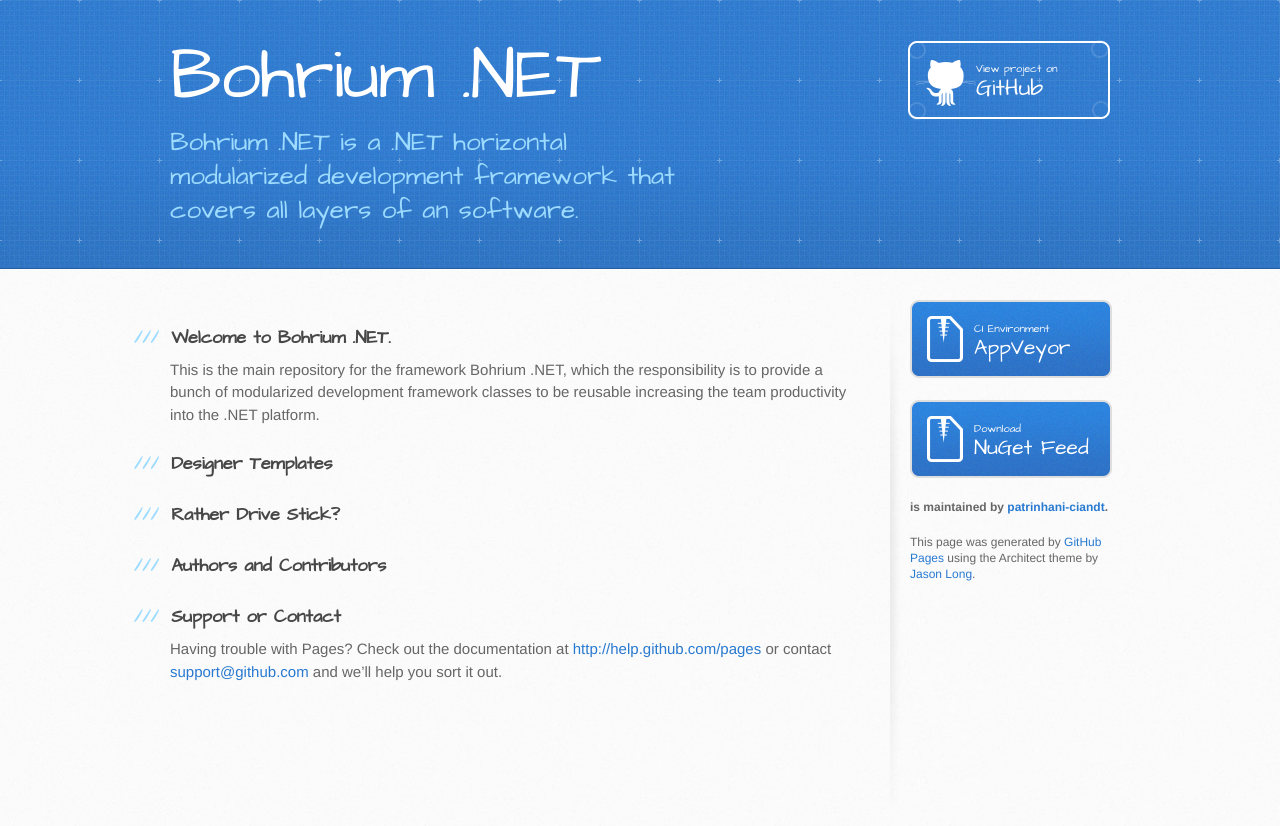
Repository: patrinhani-ciandt/BohriumNET
Page: index.html
The author's editor kept a record of every edit. The page is drawn from the files as they stood at one moment, then again after the next edit.
The browser window is 1280 px wide. The pictures show the whole page.

Above is the page before.

### index.html
<!DOCTYPE html>
<html>
  <head>
    <meta charset='utf-8'>
    <meta http-equiv="X-UA-Compatible" content="chrome=1">
    <meta name="viewport" content="width=device-width, initial-scale=1, maximum-scale=1">
    <link href='https://fonts.googleapis.com/css?family=Architects+Daughter' rel='stylesheet' type='text/css'>
    <link rel="stylesheet" type="text/css" href="stylesheets/stylesheet.css" media="screen">
    <link rel="stylesheet" type="text/css" href="stylesheets/pygment_trac.css" media="screen">
    <link rel="stylesheet" type="text/css" href="stylesheets/print.css" media="print">

    <!--[if lt IE 9]>
    <script src="//html5shiv.googlecode.com/svn/trunk/html5.js"></script>
    <![endif]-->

    <title>Bohrium .NET by patrinhani-ciandt</title>
  </head>

  <body>
    <header>
      <div class="inner">
        <h1>Bohrium .NET</h1>
        <h2>Bohrium .NET is a .NET horizontal modularized development framework that covers all layers of an software.</h2>
        <a href="https://github.com/patrinhani-ciandt/BohriumNET" class="button"><small>View project on</small>GitHub</a>
      </div>
    </header>

    <div id="content-wrapper">
      <div class="inner clearfix">
        <section id="main-content">
          <h3>
<a name="welcome-to-bohrium-net" class="anchor" href="#welcome-to-bohrium-net"><span class="octicon octicon-link"></span></a>Welcome to Bohrium .NET.</h3>

<p>This is the main repository for the framework Bohrium .NET, which the responsibility is to provide a bunch of modularized development framework classes to be reusable increasing the team productivity into the .NET platform.</p>

<!--<pre><code>$ cd your_repo_root/repo_name-->
<!--$ git fetch origin-->
<!--$ git checkout gh-pages-->
<!--</code></pre>-->

<!--<p>If you're using the GitHub for Mac, simply sync your repository and you'll see the new branch.</p>-->

<h3>
<a name="designer-templates" class="anchor" href="#designer-templates"><span class="octicon octicon-link"></span></a>Designer Templates</h3>

<!--<p>We've crafted some handsome templates for you to use. Go ahead and continue to layouts to browse through them. You can easily go back to edit your page before publishing. After publishing your page, you can revisit the page generator and switch to another theme. Your Page content will be preserved if it remained markdown format.</p>-->

<h3>
<a name="rather-drive-stick" class="anchor" href="#rather-drive-stick"><span class="octicon octicon-link"></span></a>Rather Drive Stick?</h3>

<!--<p>If you prefer to not use the automatic generator, push a branch named <code>gh-pages</code> to your repository to create a page manually. In addition to supporting regular HTML content, GitHub Pages support Jekyll, a simple, blog aware static site generator written by our own Tom Preston-Werner. Jekyll makes it easy to create site-wide headers and footers without having to copy them across every page. It also offers intelligent blog support and other advanced templating features.</p>-->

<h3>
<a name="authors-and-contributors" class="anchor" href="#authors-and-contributors"><span class="octicon octicon-link"></span></a>Authors and Contributors</h3>

<!--<p>You can <a href="https://github.com/blog/821" class="user-mention">@mention</a> a GitHub username to generate a link to their profile. The resulting <code>&lt;a&gt;</code> element will link to the contributor's GitHub Profile. For example: In 2007, Chris Wanstrath (<a href="https://github.com/defunkt" class="user-mention">@defunkt</a>), PJ Hyett (<a href="https://github.com/pjhyett" class="user-mention">@pjhyett</a>), and Tom Preston-Werner (<a href="https://github.com/mojombo" class="user-mention">@mojombo</a>) founded GitHub.</p>-->

<h3>
<a name="support-or-contact" class="anchor" href="#support-or-contact"><span class="octicon octicon-link"></span></a>Support or Contact</h3>

<p>Having trouble with Pages? Check out the documentation at <a href="http://help.github.com/pages">http://help.github.com/pages</a> or contact <a href="mailto:support@github.com">support@github.com</a> and we’ll help you sort it out.</p>
        </section>

        <aside id="sidebar">
          <a href="https://ci.appveyor.com/project/patrinhani-ciandt/bohriumnet" class="button">
            <small>CI Environment</small>
            AppVeyor
          </a>
          <a href="http://tiny.cc/424ujx" class="button">
            <small>Download</small>
            NuGet Feed
          </a>
          <!--<a href="https://github.com/patrinhani-ciandt/BohriumNET/zipball/master" class="button">-->
          <!--  <small>Download</small>-->
          <!--  .zip file-->
          <!--</a>-->
          <!--<a href="https://github.com/patrinhani-ciandt/BohriumNET/tarball/master" class="button">-->
          <!--  <small>Download</small>-->
          <!--  .tar.gz file-->
          <!--</a>-->

          <p class="repo-owner"><a href="https://github.com/patrinhani-ciandt/BohriumNET"></a> is maintained by <a href="https://github.com/patrinhani-ciandt">patrinhani-ciandt</a>.</p>

          <p>This page was generated by <a href="https://pages.github.com">GitHub Pages</a> using the Architect theme by <a href="https://twitter.com/jasonlong">Jason Long</a>.</p>
        </aside>
      </div>
    </div>


  </body>
</html>

### stylesheets/pygment_trac.css
.highlight  { background: #ffffff; }
.highlight .c { color: #999988; font-style: italic } /* Comment */
.highlight .err { color: #a61717; background-color: #e3d2d2 } /* Error */
.highlight .k { font-weight: bold } /* Keyword */
.highlight .o { font-weight: bold } /* Operator */
.highlight .cm { color: #999988; font-style: italic } /* Comment.Multiline */
.highlight .cp { color: #999999; font-weight: bold } /* Comment.Preproc */
.highlight .c1 { color: #999988; font-style: italic } /* Comment.Single */
.highlight .cs { color: #999999; font-weight: bold; font-style: italic } /* Comment.Special */
.highlight .gd { color: #000000; background-color: #ffdddd } /* Generic.Deleted */
.highlight .gd .x { color: #000000; background-color: #ffaaaa } /* Generic.Deleted.Specific */
.highlight .ge { font-style: italic } /* Generic.Emph */
.highlight .gr { color: #aa0000 } /* Generic.Error */
.highlight .gh { color: #999999 } /* Generic.Heading */
.highlight .gi { color: #000000; background-color: #ddffdd } /* Generic.Inserted */
.highlight .gi .x { color: #000000; background-color: #aaffaa } /* Generic.Inserted.Specific */
.highlight .go { color: #888888 } /* Generic.Output */
.highlight .gp { color: #555555 } /* Generic.Prompt */
.highlight .gs { font-weight: bold } /* Generic.Strong */
.highlight .gu { color: #800080; font-weight: bold; } /* Generic.Subheading */
.highlight .gt { color: #aa0000 } /* Generic.Traceback */
.highlight .kc { font-weight: bold } /* Keyword.Constant */
.highlight .kd { font-weight: bold } /* Keyword.Declaration */
.highlight .kn { font-weight: bold } /* Keyword.Namespace */
.highlight .kp { font-weight: bold } /* Keyword.Pseudo */
.highlight .kr { font-weight: bold } /* Keyword.Reserved */
.highlight .kt { color: #445588; font-weight: bold } /* Keyword.Type */
.highlight .m { color: #009999 } /* Literal.Number */
.highlight .s { color: #d14 } /* Literal.String */
.highlight .na { color: #008080 } /* Name.Attribute */
.highlight .nb { color: #0086B3 } /* Name.Builtin */
.highlight .nc { color: #445588; font-weight: bold } /* Name.Class */
.highlight .no { color: #008080 } /* Name.Constant */
.highlight .ni { color: #800080 } /* Name.Entity */
.highlight .ne { color: #990000; font-weight: bold } /* Name.Exception */
.highlight .nf { color: #990000; font-weight: bold } /* Name.Function */
.highlight .nn { color: #555555 } /* Name.Namespace */
.highlight .nt { color: #000080 } /* Name.Tag */
.highlight .nv { color: #008080 } /* Name.Variable */
.highlight .ow { font-weight: bold } /* Operator.Word */
.highlight .w { color: #bbbbbb } /* Text.Whitespace */
.highlight .mf { color: #009999 } /* Literal.Number.Float */
.highlight .mh { color: #009999 } /* Literal.Number.Hex */
.highlight .mi { color: #009999 } /* Literal.Number.Integer */
.highlight .mo { color: #009999 } /* Literal.Number.Oct */
.highlight .sb { color: #d14 } /* Literal.String.Backtick */
.highlight .sc { color: #d14 } /* Literal.String.Char */
.highlight .sd { color: #d14 } /* Literal.String.Doc */
.highlight .s2 { color: #d14 } /* Literal.String.Double */
.highlight .se { color: #d14 } /* Literal.String.Escape */
.highlight .sh { color: #d14 } /* Literal.String.Heredoc */
.highlight .si { color: #d14 } /* Literal.String.Interpol */
.highlight .sx { color: #d14 } /* Literal.String.Other */
.highlight .sr { color: #009926 } /* Literal.String.Regex */
.highlight .s1 { color: #d14 } /* Literal.String.Single */
.highlight .ss { color: #990073 } /* Literal.String.Symbol */
.highlight .bp { color: #999999 } /* Name.Builtin.Pseudo */
.highlight .vc { color: #008080 } /* Name.Variable.Class */
.highlight .vg { color: #008080 } /* Name.Variable.Global */
.highlight .vi { color: #008080 } /* Name.Variable.Instance */
.highlight .il { color: #009999 } /* Literal.Number.Integer.Long */

.type-csharp .highlight .k { color: #0000FF }
.type-csharp .highlight .kt { color: #0000FF }
.type-csharp .highlight .nf { color: #000000; font-weight: normal }
.type-csharp .highlight .nc { color: #2B91AF }
.type-csharp .highlight .nn { color: #000000 }
.type-csharp .highlight .s { color: #A31515 }
.type-csharp .highlight .sc { color: #A31515 }

### stylesheets/print.css
html, body, div, span, applet, object, iframe,
h1, h2, h3, h4, h5, h6, p, blockquote, pre,
a, abbr, acronym, address, big, cite, code,
del, dfn, em, img, ins, kbd, q, s, samp,
small, strike, strong, sub, sup, tt, var,
b, u, i, center,
dl, dt, dd, ol, ul, li,
fieldset, form, label, legend,
table, caption, tbody, tfoot, thead, tr, th, td,
article, aside, canvas, details, embed,
figure, figcaption, footer, header, hgroup,
menu, nav, output, ruby, section, summary,
time, mark, audio, video {
  margin: 0;
  padding: 0;
  border: 0;
  font-size: 100%;
  font: inherit;
  vertical-align: baseline;
}
/* HTML5 display-role reset for older browsers */
article, aside, details, figcaption, figure,
footer, header, hgroup, menu, nav, section {
  display: block;
}
body {
  line-height: 1;
}
ol, ul {
  list-style: none;
}
blockquote, q {
  quotes: none;
}
blockquote:before, blockquote:after,
q:before, q:after {
  content: '';
  content: none;
}
table {
  border-collapse: collapse;
  border-spacing: 0;
}
body {
  font-size: 13px;
  line-height: 1.5;
  font-family: 'Helvetica Neue', Helvetica, Arial, serif;
  color: #000;
}

a {
  color: #d5000d;
  font-weight: bold;
}

header {
  padding-top: 35px;
  padding-bottom: 10px;
}

header h1 {
  font-weight: bold;
  letter-spacing: -1px;
  font-size: 48px;
  color: #303030;
  line-height: 1.2;
}

header h2 {
  letter-spacing: -1px;
  font-size: 24px;
  color: #aaa;
  font-weight: normal;
  line-height: 1.3;
}
#downloads {
  display: none;
}
#main_content {
  padding-top: 20px;
}

code, pre {
  font-family: Monaco, "Bitstream Vera Sans Mono", "Lucida Console", Terminal;
  color: #222;
  margin-bottom: 30px;
  font-size: 12px;
}

code {
  padding: 0 3px;
}

pre {
  border: solid 1px #ddd;
  padding: 20px;
  overflow: auto;
}
pre code {
  padding: 0;
}

ul, ol, dl {
  margin-bottom: 20px;
}


/* COMMON STYLES */

table {
  width: 100%;
  border: 1px solid #ebebeb;
}

th {
  font-weight: 500;
}

td {
  border: 1px solid #ebebeb;
  text-align: center;
  font-weight: 300;
}

form {
  background: #f2f2f2;
  padding: 20px;

}


/* GENERAL ELEMENT TYPE STYLES */

h1 {
  font-size: 2.8em;
}

h2 {
  font-size: 22px;
  font-weight: bold;
  color: #303030;
  margin-bottom: 8px;
}

h3 {
  color: #d5000d;
  font-size: 18px;
  font-weight: bold;
  margin-bottom: 8px;
}

h4 {
  font-size: 16px;
  color: #303030;
  font-weight: bold;
}

h5 {
  font-size: 1em;
  color: #303030;
}

h6 {
  font-size: .8em;
  color: #303030;
}

p {
  font-weight: 300;
  margin-bottom: 20px;
}

a {
  text-decoration: none;
}

p a {
  font-weight: 400;
}

blockquote {
  font-size: 1.6em;
  border-left: 10px solid #e9e9e9;
  margin-bottom: 20px;
  padding: 0 0 0 30px;
}

ul li {
  list-style: disc inside;
  padding-left: 20px;
}

ol li {
  list-style: decimal inside;
  padding-left: 3px;
}

dl dd {
  font-style: italic;
  font-weight: 100;
}

footer {
  margin-top: 40px;
  padding-top: 20px;
  padding-bottom: 30px;
  font-size: 13px;
  color: #aaa;
}

footer a {
  color: #666;
}

/* MISC */
.clearfix:after {
  clear: both;
  content: '.';
  display: block;
  visibility: hidden;
  height: 0;
}

.clearfix {display: inline-block;}
* html .clearfix {height: 1%;}
.clearfix {display: block;}

Loaded but not shown: stylesheets/stylesheet.css (479 lines, source omitted)

After the next edit:
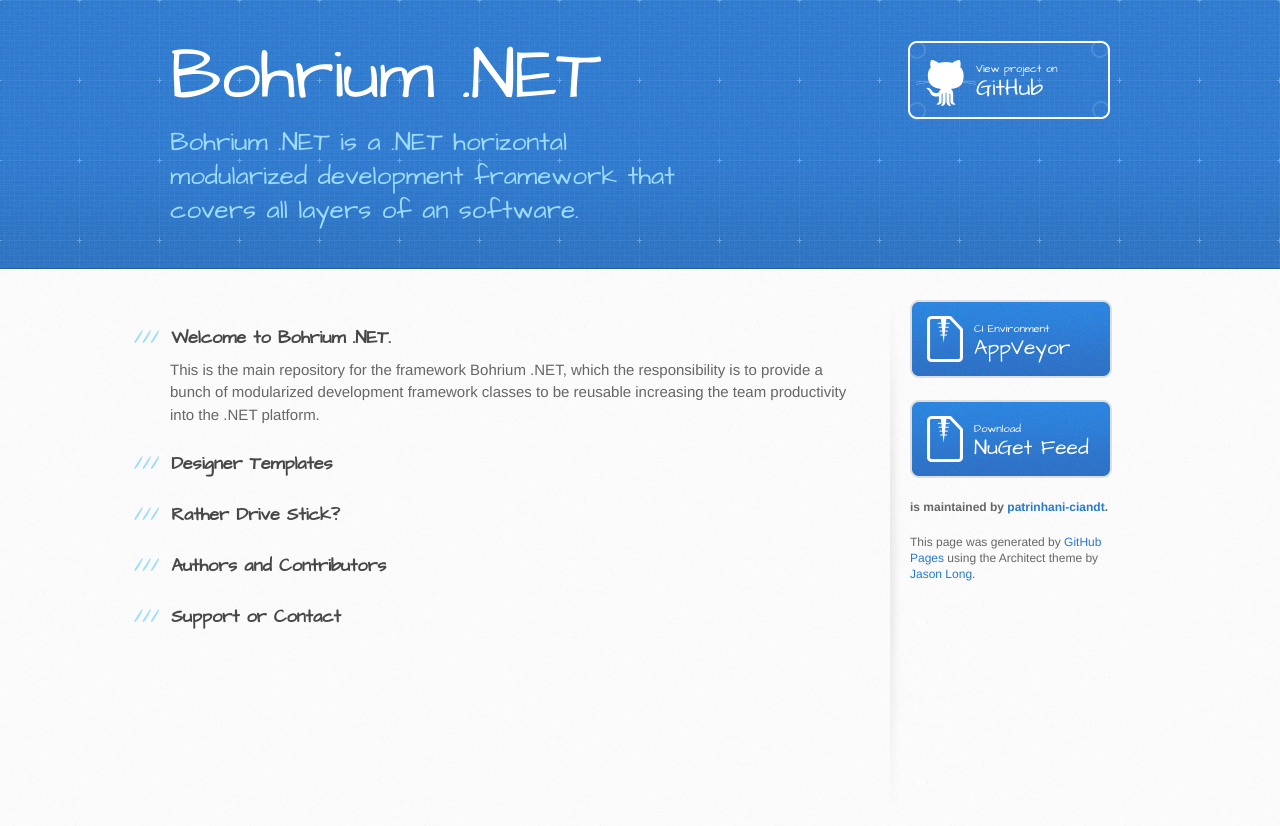
The edit:
--- a/index.html
+++ b/index.html
@@ -29,36 +29,36 @@
       <div class="inner clearfix">
         <section id="main-content">
           <h3>
-<a name="welcome-to-bohrium-net" class="anchor" href="#welcome-to-bohrium-net"><span class="octicon octicon-link"></span></a>Welcome to Bohrium .NET.</h3>
+          <a name="welcome-to-bohrium-net" class="anchor" href="#welcome-to-bohrium-net"><span class="octicon octicon-link"></span></a>Welcome to Bohrium .NET.</h3>
 
-<p>This is the main repository for the framework Bohrium .NET, which the responsibility is to provide a bunch of modularized development framework classes to be reusable increasing the team productivity into the .NET platform.</p>
+          <p>This is the main repository for the framework Bohrium .NET, which the responsibility is to provide a bunch of modularized development framework classes to be reusable increasing the team productivity into the .NET platform.</p>
 
-<!--<pre><code>$ cd your_repo_root/repo_name-->
-<!--$ git fetch origin-->
-<!--$ git checkout gh-pages-->
-<!--</code></pre>-->
+          <!--<pre><code>$ cd your_repo_root/repo_name-->
+          <!--$ git fetch origin-->
+          <!--$ git checkout gh-pages-->
+          <!--</code></pre>-->
 
-<!--<p>If you're using the GitHub for Mac, simply sync your repository and you'll see the new branch.</p>-->
+          <!--<p>If you're using the GitHub for Mac, simply sync your repository and you'll see the new branch.</p>-->
 
-<h3>
-<a name="designer-templates" class="anchor" href="#designer-templates"><span class="octicon octicon-link"></span></a>Designer Templates</h3>
+          <h3>
+          <a name="designer-templates" class="anchor" href="#designer-templates"><span class="octicon octicon-link"></span></a>Designer Templates</h3>
 
-<!--<p>We've crafted some handsome templates for you to use. Go ahead and continue to layouts to browse through them. You can easily go back to edit your page before publishing. After publishing your page, you can revisit the page generator and switch to another theme. Your Page content will be preserved if it remained markdown format.</p>-->
+          <!--<p>We've crafted some handsome templates for you to use. Go ahead and continue to layouts to browse through them. You can easily go back to edit your page before publishing. After publishing your page, you can revisit the page generator and switch to another theme. Your Page content will be preserved if it remained markdown format.</p>-->
 
-<h3>
-<a name="rather-drive-stick" class="anchor" href="#rather-drive-stick"><span class="octicon octicon-link"></span></a>Rather Drive Stick?</h3>
+          <h3>
+          <a name="rather-drive-stick" class="anchor" href="#rather-drive-stick"><span class="octicon octicon-link"></span></a>Rather Drive Stick?</h3>
 
-<!--<p>If you prefer to not use the automatic generator, push a branch named <code>gh-pages</code> to your repository to create a page manually. In addition to supporting regular HTML content, GitHub Pages support Jekyll, a simple, blog aware static site generator written by our own Tom Preston-Werner. Jekyll makes it easy to create site-wide headers and footers without having to copy them across every page. It also offers intelligent blog support and other advanced templating features.</p>-->
+          <!--<p>If you prefer to not use the automatic generator, push a branch named <code>gh-pages</code> to your repository to create a page manually. In addition to supporting regular HTML content, GitHub Pages support Jekyll, a simple, blog aware static site generator written by our own Tom Preston-Werner. Jekyll makes it easy to create site-wide headers and footers without having to copy them across every page. It also offers intelligent blog support and other advanced templating features.</p>-->
 
-<h3>
-<a name="authors-and-contributors" class="anchor" href="#authors-and-contributors"><span class="octicon octicon-link"></span></a>Authors and Contributors</h3>
+          <h3>
+          <a name="authors-and-contributors" class="anchor" href="#authors-and-contributors"><span class="octicon octicon-link"></span></a>Authors and Contributors</h3>
 
-<!--<p>You can <a href="https://github.com/blog/821" class="user-mention">@mention</a> a GitHub username to generate a link to their profile. The resulting <code>&lt;a&gt;</code> element will link to the contributor's GitHub Profile. For example: In 2007, Chris Wanstrath (<a href="https://github.com/defunkt" class="user-mention">@defunkt</a>), PJ Hyett (<a href="https://github.com/pjhyett" class="user-mention">@pjhyett</a>), and Tom Preston-Werner (<a href="https://github.com/mojombo" class="user-mention">@mojombo</a>) founded GitHub.</p>-->
+          <!--<p>You can <a href="https://github.com/blog/821" class="user-mention">@mention</a> a GitHub username to generate a link to their profile. The resulting <code>&lt;a&gt;</code> element will link to the contributor's GitHub Profile. For example: In 2007, Chris Wanstrath (<a href="https://github.com/defunkt" class="user-mention">@defunkt</a>), PJ Hyett (<a href="https://github.com/pjhyett" class="user-mention">@pjhyett</a>), and Tom Preston-Werner (<a href="https://github.com/mojombo" class="user-mention">@mojombo</a>) founded GitHub.</p>-->
 
-<h3>
-<a name="support-or-contact" class="anchor" href="#support-or-contact"><span class="octicon octicon-link"></span></a>Support or Contact</h3>
+          <h3>
+          <a name="support-or-contact" class="anchor" href="#support-or-contact"><span class="octicon octicon-link"></span></a>Support or Contact</h3>
 
-<p>Having trouble with Pages? Check out the documentation at <a href="http://help.github.com/pages">http://help.github.com/pages</a> or contact <a href="mailto:support@github.com">support@github.com</a> and we’ll help you sort it out.</p>
+          <!--<p>Having trouble with Pages? Check out the documentation at <a href="http://help.github.com/pages">http://help.github.com/pages</a> or contact <a href="mailto:support@github.com">support@github.com</a> and we’ll help you sort it out.</p>-->
         </section>
 
         <aside id="sidebar">
